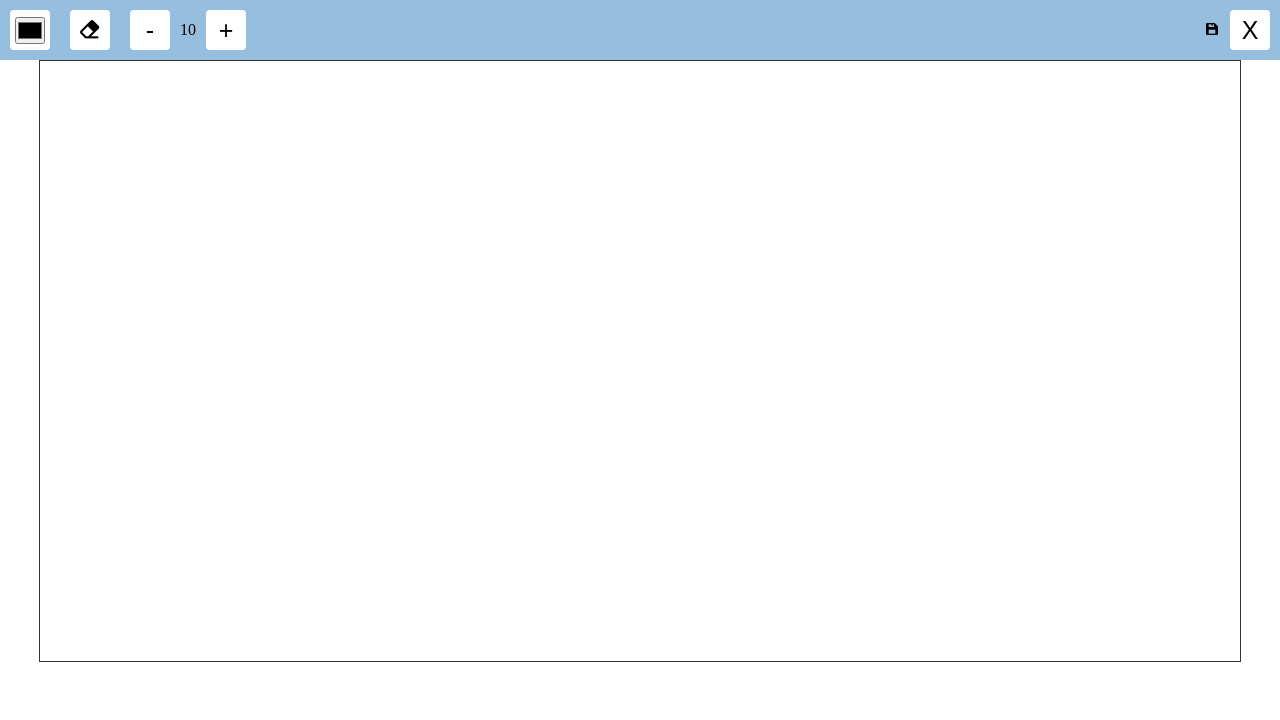
Repository: reminzuetto/DrawingApp
Page: index.html
These files come from the project's save history. The page is drawn as it stood at one moment and after the next save; the edit follows.
The browser window is 1280 px wide. The pictures show the whole page.

Above is the page before, as saved 2024-06-10 20:27:23.
Not found: app.css

### index.html
<!DOCTYPE html>
<html lang="en">
  <head>
    <meta charset="UTF-8" />
    <meta http-equiv="X-UA-Compatible" content="IE=edge" />
    <meta name="viewport" content="width=device-width, initial-scale=1.0" />
    <title>Drawing App</title>
    <link rel="preconnect" href="https://fonts.gstatic.com" />
    <link
      href="https://fonts.googleapis.com/css2?family=Poppins:wght@400;600&display=swap"
      rel="stylesheet"
    />
    <link
      rel="stylesheet"
      href="https://cdnjs.cloudflare.com/ajax/libs/font-awesome/4.7.0/css/font-awesome.min.css"
      integrity="sha512-SfTiTlX6kk+qitfevl/7LibUOeJWlt9rbyDn92a1DqWOw9vWG2MFoays0sgObmWazO5BQPiFucnnEAjpAB+/Sw=="
      crossorigin="anonymous"
    />
    <link rel="stylesheet" href="./app.css" />
    <link
      href="https://unpkg.com/boxicons@2.0.9/css/boxicons.min.css"
      rel="stylesheet"
    />
    <link rel="stylesheet" href="style.css" />
  </head>
  <body>
    <div class="container">
      <div class="tools">
        <button>
          <input type="color" id="color" />
        </button>
        <button id="eraser">
          <i class="bx bxs-eraser"></i>
        </button>
        <button id="decrease">-</button>
        <span id="size" font-size="25px">10</span>
        <button id="increase">+</button>
        <a download="example.png" id="save">
          <i class="bx bxs-save"></i>
        </a>
        <button id="clear">X</button>
      </div>
      <canvas id="canvas" width="1200" height="600"></canvas>
    </div>

    <script src="main.js"></script>
  </body>
</html>

### style.css
* {
  box-sizing: border-box;
  padding: 0;
  margin: 0;
}

body {
  background-color: #fff;
}

canvas {
  display: block;
  margin: 0 auto;
  border: 1px solid #333;
}

button {
  border-radius: 4px;
  background-color: #fff;
  border: none;
  font-size: 25px;
  height: 40px;
  width: 40px;
  padding: 5px;
  margin: 10px;
  display: flex;
  align-items: center;
  justify-content: center;
  cursor: pointer;
}

.tools {
  background-color: rgb(124, 175, 216, 0.8);
  display: flex;
  align-items: center;
}

/* .tools > * {
  background-color: #fff;
  border: none;
  font-size: 25px;
  height: 40px;
  width: 40px;
  padding: 5px;
  margin: 10px;
  display: flex;
  align-items: center;
  justify-content: center;
  cursor: pointer;
} */

#save {
  font-size: 16px;
  margin-left: auto;
  text-decoration: none;
}

### main.js
const canvas = document.getElementById("canvas");
const colorEl = document.getElementById("color");
const eraserEl = document.getElementById("eraser");
const decreaseBtn = document.getElementById("decrease");
const increaseBtn = document.getElementById("increase");
const sizeEL = document.getElementById("size");
const saveEl = document.getElementById("save");
const clearEl = document.getElementById("clear");

const context = canvas.getContext("2d");

let size = 10;
let isPressed = false;
colorEl.value = "black";
let color = colorEl.value;
let x, y;

canvas.addEventListener("mousedown", (e) => {
  isPressed = true;

  x = e.offsetX;
  y = e.offsetY;
});

document.addEventListener("mouseup", (e) => {
  isPressed = false;

  x = undefined;
  y = undefined;
});

canvas.addEventListener("mousemove", (e) => {
  if (isPressed) {
    const x2 = e.offsetX;
    const y2 = e.offsetY;

    drawCircle(x2, y2);
    drawLine(x, y, x2, y2);

    x = x2;
    y = y2;
  }
});

function drawCircle(x, y) {
  context.beginPath();
  context.arc(x, y, size, 0, Math.PI * 2);
  context.fillStyle = color;
  context.fill();
}

function drawLine(x1, y1, x2, y2) {
  context.beginPath();
  context.moveTo(x1, y1);
  context.lineTo(x2, y2);
  context.strokeStyle = color;
  context.lineWidth = size * 2;
  context.stroke();
}

function updateSizeOnScreen() {
  sizeEL.innerText = size;
}

increaseBtn.addEventListener("click", () => {
  size += 5;

  if (size > 50) {
    size = 50;
  }

  updateSizeOnScreen();
});

decreaseBtn.addEventListener("click", () => {
  size -= 5;

  if (size < 5) {
    size = 5;
  }

  updateSizeOnScreen();
});

colorEl.addEventListener("change", (e) => (color = e.target.value));

clearEl.addEventListener("click", () =>
  context.clearRect(0, 0, canvas.width, canvas.height)
);

eraserEl.addEventListener("click", () => {
  color = "#fff";
});

saveEl.addEventListener("click", (e) => {
  const imageURI = canvas.toDataURL("image/png");
  e.currentTarget.href = imageURI;
});

After the next save:
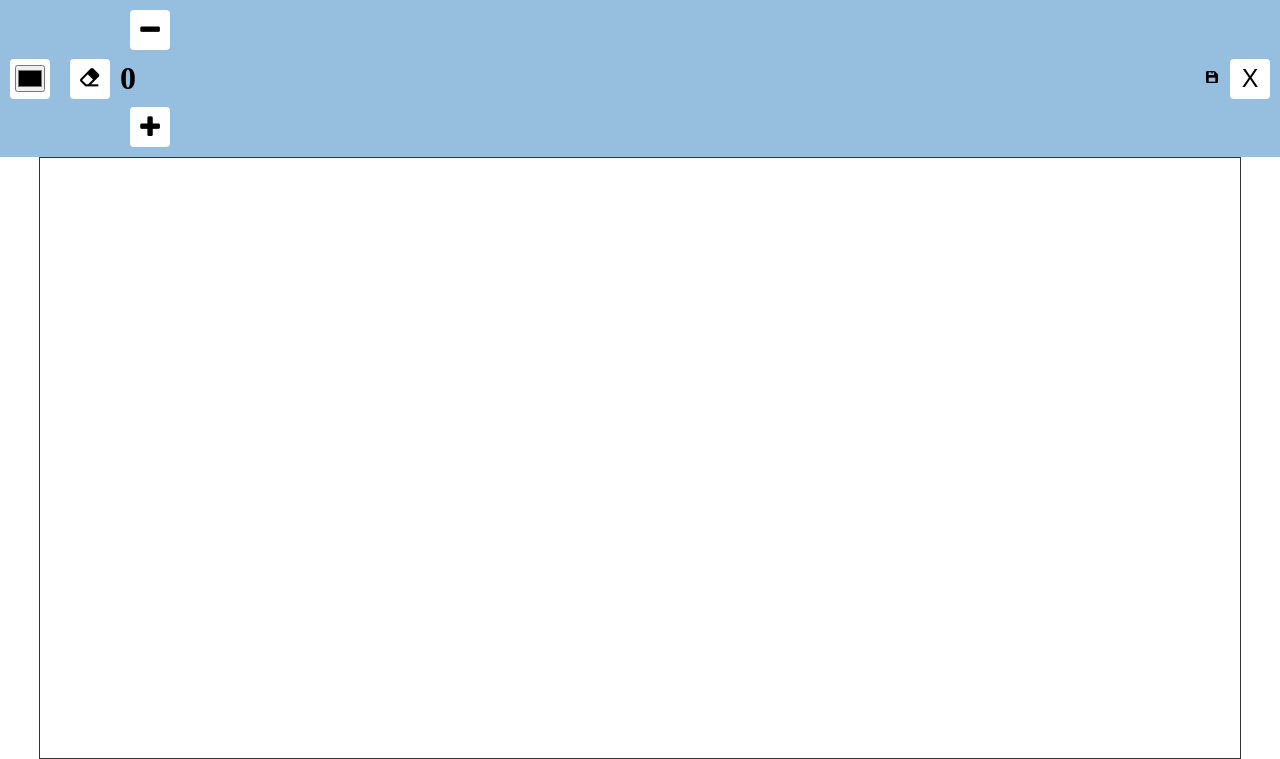
Console error: TypeError: Cannot read properties of null (reading 'addEventListener')
Saved 41 s later.
--- a/index.html
+++ b/index.html
@@ -32,9 +32,18 @@
         <button id="eraser">
           <i class="bx bxs-eraser"></i>
         </button>
-        <button id="decrease">-</button>
+        <!-- <button id="decrease">-</button>
         <span id="size" font-size="25px">10</span>
-        <button id="increase">+</button>
+        <button id="increase">+</button> -->
+        <div class="counter">
+          <button class="counter-descrease">
+            <i class="fa fa-minus"></i>
+          </button>
+          <h1 class="counter-number">0</h1>
+          <button class="counter-increase">
+            <i class="fa fa-plus"></i>
+          </button>
+        </div>
         <a download="example.png" id="save">
           <i class="bx bxs-save"></i>
         </a>
